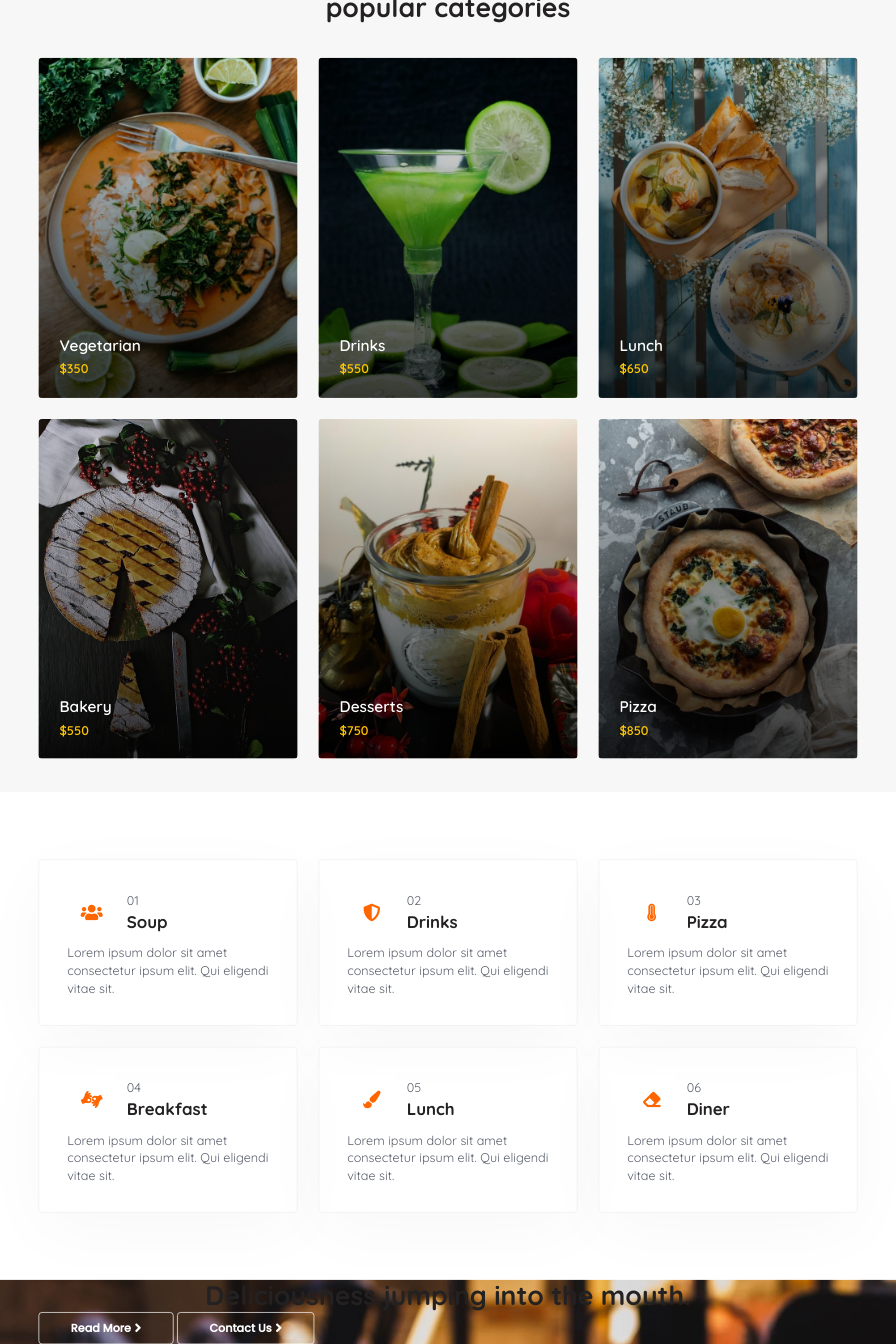
Repository: baobaodeveloper/bootscap21_project_AnhBao_VietToan_VietDuc
Page: index.html
An editor plug-in stored every save of this project. The page is shown before and after the next save, followed by the edit.
The browser window is 1280 px wide. The pictures show the part of the page from y = 1669 to 3589 px (the page is 3589 px tall), at 70% of full size.
Backgrounds fixed to the window are drawn as part of the page.

Above is the page before, as saved 2022-03-04 08:45:17.

### index.html
<!DOCTYPE html>
<html lang="en">
  <head>
    <meta charset="UTF-8" />
    <meta http-equiv="X-UA-Compatible" content="IE=edge" />
    <meta name="viewport" content="width=device-width, initial-scale=1.0" />

    <!-- fontawesome link cdn -->
    <link
      rel="stylesheet"
      href="https://cdnjs.cloudflare.com/ajax/libs/font-awesome/5.15.4/css/all.min.css"
      integrity="sha512-1ycn6IcaQQ40/MKBW2W4Rhis/DbILU74C1vSrLJxCq57o941Ym01SwNsOMqvEBFlcgUa6xLiPY/NS5R+E6ztJQ=="
      crossorigin="anonymous"
      referrerpolicy="no-referrer"
    />

    <!-- font -->
    <link rel="preconnect" href="https://fonts.googleapis.com" />
    <link rel="preconnect" href="https://fonts.gstatic.com" crossorigin />
    <link
      href="https://fonts.googleapis.com/css2?family=Pacifico&family=Poppins:wght@300;400;500&family=Quicksand:wght@300;400;500;600;700&display=swap"
      rel="stylesheet"
    />

    <link rel="stylesheet" href="style.css" />
    <title>Diner</title>
  </head>
  <body>
    <header class="header">
      <div class="header__wrapper container">
        <div class="header__top">
          <a class="header__logo" href="#">Diner</a>

          <div class="header__navbar">
            <form class="navbar__search">
              <input type="search" placeholder="Search here..." id="search" />
              <label for="search" class="fas fa-search"></label>
            </form>

            <div class="mode__container">
              <i class="fas fa-sun" id="dark"></i>
              <i class="fas fa-moon" id="light"></i>
            </div>

            <div class="fa fa-bars" id="menu-button"></div>
          </div>

          <nav class="navbar__list">
            <i class="fas fa-times" id="close-button"></i>
            <a href="#">home</a>
            <a href="#">about</a>
            <a href="#">services</a>
            <a href="#">blogs</a>
            <a href="#">404</a>
            <a href="#">landing page</a>
            <a href="#">contact</a>
            <a href="#">shot codes</a>
            <a href="#">email</a>
          </nav>
        </div>

        <div class="header__content">
          <h2>the only thing we love more than food is you!</h2>
          <p>
            Lorem ipsum dolor sit amet consectetur ipsum elit. Qui eligendi
            vitae sit.Ea ipsum sed consequuntur illum facere.
          </p>
          <a href="#" class="btn"
            >read more <i class="fas fa-angle-right"></i
          ></a>
        </div>
      </div>
    </header>

    <section class="about container pad-med">
      <div class="heading">
        <span>about us</span>
        <h3>We found our creative space that is open for you.</h3>
      </div>

      <div class="text">
        <p>
          Lorem ipsum viverra feugiat. Pellen tesque libero ut justo, ultrices
          in ligula. Semper at tempufddfel. Lorem ipsum dolor sit amet elit. Non
          quae, fugiat nihil ad. Lorem ipsum dolor sit amet. Lorem ipsum init
          dolor sit, amet elit. Dolor ipsum non velit, culpa!Lorem ipsum init
          dolor sit.
        </p>

        <p>
          Lorem ipsum viverra feugiat. Pellen tesque libero ut justo, ultrices
          in ligula. Semper at tempufddfel. Lorem ipsum dolor sit amet elit. Non
          quae, fugiat nihil ad. Lorem ipsum dolor sit amet.
        </p>
      </div>
    </section>

    <section class="restaurant">
      <div class="restaurant__img">
        <img src="./image/banner3.jpg" alt="#" />
      </div>

      <div class="restaurant__content">
        <div class="heading">
          <span>more than 3000 restaurant</span>
          <h3>Book a table easly at the best price</h3>
        </div>

        <div class="text">
          <p>
            Vestibulum ante ipsum primis in faucibus orci luctus turpis sodales
            quis. Integer sit amet mattis quam.Vivamus a ligula quam tesque et
            libero ut justo ultrices in.
          </p>
        </div>

        <div class="restaurant__best">
          <div class="best__item">
            <i class="fas fa-thumbs-up"></i>
            <h4>best deals</h4>
            <p class="text">
              Lorem ipsum viverra feugiat. Pellen tesque libero justo.
            </p>
          </div>

          <div class="best__item">
            <i class="fas fa-utensils"></i>
            <h4>best food</h4>
            <p class="text">
              Lorem ipsum viverra feugiat. Pellen tesque libero justo.
            </p>
          </div>
        </div>
      </div>
    </section>

    <section class="categories-wrapper">
      <div class="categories container pad-med">
        <div class="heading text-align pad-med">
          <span>what's new</span>
          <h3>popular categories</h3>
        </div>

        <div class="categories__list">
          <div class="categories__item">
            <div class="categories__img">
              <img src="./image/g1.jpg" alt="" />
            </div>
            <div class="categories__info">
              <span class="categories__name"> vegetarian </span>
              <span class="categories__price"> $350 </span>
            </div>
          </div>

          <div class="categories__item">
            <div class="categories__img">
              <img src="./image/g2.jpg" alt="" />
            </div>
            <div class="categories__info">
              <span class="categories__name"> drinks </span>
              <span class="categories__price"> $550 </span>
            </div>
          </div>

          <div class="categories__item">
            <div class="categories__img">
              <img src="./image/g3.jpg" alt="" />
            </div>
            <div class="categories__info">
              <span class="categories__name"> lunch </span>
              <span class="categories__price"> $650 </span>
            </div>
          </div>

          <div class="categories__item">
            <div class="categories__img">
              <img src="./image/g4.jpg" alt="" />
            </div>
            <div class="categories__info">
              <span class="categories__name"> bakery </span>
              <span class="categories__price"> $550 </span>
            </div>
          </div>

          <div class="categories__item">
            <div class="categories__img">
              <img src="./image/g5.jpg" alt="" />
            </div>
            <div class="categories__info">
              <span class="categories__name"> desserts </span>
              <span class="categories__price"> $750 </span>
            </div>
          </div>

          <div class="categories__item">
            <div class="categories__img">
              <img src="./image/g6.jpg" alt="" />
            </div>
            <div class="categories__info">
              <span class="categories__name"> pizza </span>
              <span class="categories__price"> $850 </span>
            </div>
          </div>
        </div>
      </div>
    </section>

    <section class="menu container pad-med">
      <div class="menu_list pad-med">
        <div class="menu__item">
          <div class="menu__header">
            <i class="fas fa-users"></i>
            <div class="menu__info">
              <span class="menu__number">01</span>
              <span class="menu__name">soup</span>
            </div>
          </div>

          <p class="menu__content">
            Lorem ipsum dolor sit amet consectetur ipsum elit. Qui eligendi
            vitae sit.
          </p>
        </div>

        <div class="menu__item">
          <div class="menu__header">
            <i class="fas fa-shield-alt"></i>
            <div class="menu__info">
              <span class="menu__number">02</span>
              <span class="menu__name">drinks</span>
            </div>
          </div>

          <p class="menu__content">
            Lorem ipsum dolor sit amet consectetur ipsum elit. Qui eligendi
            vitae sit.
          </p>
        </div>

        <div class="menu__item">
          <div class="menu__header">
            <i class="fas fa-thermometer-full"></i>
            <div class="menu__info">
              <span class="menu__number">03</span>
              <span class="menu__name">pizza</span>
            </div>
          </div>

          <p class="menu__content">
            Lorem ipsum dolor sit amet consectetur ipsum elit. Qui eligendi
            vitae sit.
          </p>
        </div>

        <div class="menu__item">
          <div class="menu__header">
            <i class="fas fa-american-sign-language-interpreting"></i>
            <div class="menu__info">
              <span class="menu__number">04</span>
              <span class="menu__name">breakfast</span>
            </div>
          </div>

          <p class="menu__content">
            Lorem ipsum dolor sit amet consectetur ipsum elit. Qui eligendi
            vitae sit.
          </p>
        </div>

        <div class="menu__item">
          <div class="menu__header">
            <i class="fas fa-paint-brush"></i>
            <div class="menu__info">
              <span class="menu__number">05</span>
              <span class="menu__name">lunch</span>
            </div>
          </div>

          <p class="menu__content">
            Lorem ipsum dolor sit amet consectetur ipsum elit. Qui eligendi
            vitae sit.
          </p>
        </div>

        <div class="menu__item">
          <div class="menu__header">
            <i class="fas fa-eraser"></i>
            <div class="menu__info">
              <span class="menu__number">06</span>
              <span class="menu__name">diner</span>
            </div>
          </div>

          <p class="text">
            Lorem ipsum dolor sit amet consectetur ipsum elit. Qui eligendi
            vitae sit.
          </p>
        </div>
      </div>
    </section>

    <section class="delicious">
      <div class="delicious-wrapper container">
        <div class="heading text-align">
          <h3>Deliciousness jumping into the mouth.</h3>
        </div>

        <div class="delicious__btn">
          <a href="#" class="btn"
            >read more <i class="fas fa-angle-right"></i
          ></a>
          <a href="#" class="btn"
            >contact us <i class="fas fa-angle-right"></i
          ></a>
        </div>
      </div>
    </section>

    <script src="app.js"></script>
  </body>
</html>

### style.css
* {
  padding: 0;
  margin: 0;
  box-sizing: border-box;
}

:root {
  --primary-font: "Quicksand", sans-serif;
  --secondary-font: "Pacifico", cursive;
  --third-font: "Poppins", sans-serif;
  --primary-color: #ff6600;
  --title-color: #232121;
  --white-color: #fff;
  --text-color: #161c2db3;
  --price-color: #ffc600;
}

img {
  display: block;
  max-width: 100%;
}

button,
input {
  display: inline-block;
  border: none;

  font-family: var(--primary-font);
  font-size: 1.6rem;

  outline: none;
}

a {
  display: inline-block;
  text-decoration: none;
}

html {
  font-size: 62.5%;
}

.container {
  max-width: 1200px;
  margin: 0 auto;
  padding: 0 1.5rem;
}

body {
  color: var(--title-color);

  font-family: var(--primary-font);
  font-size: 1.8rem;
  line-height: 1.2;
}

.pad-med {
  padding-top: 4.8rem;
  padding-bottom: 4.8rem;
}

.text-align {
  text-align: center;
}

.heading span {
  margin-bottom: 0.5rem;

  color: var(--primary-color);

  font-family: var(--secondary-font);
  font-size: 2rem;
  text-transform: capitalize;
}

.heading h3 {
  font-size: 3.8rem;
}

.text {
  color: var(--text-color);

  font-size: 1.8rem;
  line-height: 1.4;
}

.text p {
  margin: 2rem 0;
}

.btn {
  display: inline-flex;
  align-items: center;
  padding: 1.2rem 4.5rem;
  border-radius: 0.5rem;
  border: 1.5px solid var(--white-color);

  color: var(--white-color);
  background-color: transparent;

  font-family: var(--third-font);
  font-size: 1.6rem;
  text-transform: capitalize;
  font-weight: bold;

  transition: 0.4s linear;
}

.btn i {
  display: inline-block;
  margin-left: 0.5rem;

  font-size: 2rem;
}

.btn:hover {
  background-color: var(--white-color);
  color: var(--primary-color);
}

/* header section starts */
#dark {
  display: none;
}

.header {
  background-image: linear-gradient(to right, #ff6600, hsl(30deg 100% 1% / 20%)),
    url(./image/banner1.jpg);

  background-size: cover;
  background-repeat: no-repeat;
  background-attachment: fixed;

  min-height: 70vh;
}

.header__top {
  display: flex;
  justify-content: space-between;
  padding-top: 4rem;
  padding-bottom: 2rem;
}

.header__logo {
  color: var(--white-color);

  font-size: 3.3rem;
  font-weight: bold;
}

.navbar__search {
  position: relative;
}

.navbar__search input {
  padding: 1rem 5rem 1rem 2rem;

  border-radius: 0.5rem;

  color: var(--text-color);
}

.navbar__search label {
  position: absolute;
  top: 50%;
  right: 2.5rem;

  transform: translate(50%, -50%);

  font-size: 1.5rem;

  cursor: pointer;
}

.header__navbar {
  display: flex;
  justify-content: space-between;
  align-items: center;
  gap: 2rem;
}

.mode__container,
#menu-button {
  color: var(--white-color);

  cursor: pointer;
}

.mode__container {
  font-size: 2.4rem;
}

#menu-button {
  font-size: 3.1rem;
}

.header__content {
  max-width: 60rem;
  margin-top: 10rem;

  color: var(--white-color);
}

.header__content h2 {
  font-size: 5.4rem;

  text-transform: capitalize;
}

.header__content p {
  margin: 2.4rem 0 4.8rem;

  font-size: 1.6rem;
  line-height: 1.6;
}

.navbar__list {
  position: fixed;
  top: 0;
  left: 0;
  width: 100vw;
  height: 100vh;
  z-index: 20;

  display: flex;
  flex-direction: column;
  align-items: center;
  justify-content: center;

  visibility: hidden;
  opacity: 0;
  transform: scale(0.9);

  background-color: rgb(6 3 0 / 77%);

  transition: transform 0.3s, opacity 0.9s, visibility 0s 0.4s;
}

.navbar__list.active {
  visibility: visible;
  opacity: 1;
  transform: scale(1);

  transition: transform 0.4s, opacity 0.4s;
}

.navbar__list a {
  margin: 1.5rem 0;

  color: var(--white-color);

  text-transform: capitalize;
  font-family: var(--third-font);
  font-size: 2rem;
  font-weight: 600;

  transition: 0.2s linear;
}

.navbar__list a:hover {
  color: var(--primary-color);
}

#close-button {
  position: absolute;
  top: 3rem;
  right: 3rem;
  z-index: 25;

  width: 3.5rem;
  height: 3.5rem;
  border-radius: 0.5rem;

  color: var(--white-color);
  background-color: var(--primary-color);

  line-height: 3.5rem;
  text-align: center;
  font-size: 1.6rem;

  cursor: pointer;
}

/* header section ends */

/* about section starts */
.about {
  display: flex;
  gap: 6rem;
  flex-wrap: wrap;
}

.about .heading {
  width: calc(40% - 3rem);
}

.about .text {
  width: calc(60% - 3rem);
}

/* about section ends */

/* restaurant section starts */
.restaurant {
  display: flex;
  justify-content: space-between;
  flex-wrap: wrap;
}

.restaurant__img {
  position: relative;

  width: 50%;
}
.restaurant__img::before {
  content: "";
  position: absolute;
  width: 100%;
  height: 100%;
  top: 0;
  left: 0;
  z-index: 4;

  background-color: rgb(16 15 19 / 46%);
}

.restaurant__img img {
  width: 100%;
  height: 100%;
  object-fit: cover;
}

.restaurant__content {
  padding: 10rem 8rem;
  width: 50%;

  background-color: var(--primary-color);
}

.restaurant__content .heading span {
  color: var(--white-color);
}

.restaurant__content .text {
  color: #ffdfc9;
}

.restaurant__best {
  margin-top: 3rem;
  display: flex;
  justify-content: space-between;
  gap: 2rem;
}

.best__item {
  width: 50%;
}
.best__item i {
  display: inline-block;
  width: 7rem;
  height: 7rem;
  border-radius: 0.5rem;

  color: var(--primary-color);
  background-color: var(--white-color);

  line-height: 7rem;
  text-align: center;
  font-size: 2.5rem;
}

.best__item h4 {
  margin: 1.5rem 0;

  text-transform: capitalize;
  font-family: var(--third-font);
  font-size: 2rem;
}
/* restaurant section ends */

/* categories section starts */
.categories-wrapper {
  background-color: #f7f7f7;
}

.categories__list {
  display: grid;
  grid-template-columns: repeat(auto-fill, minmax(30rem, 1fr));
  grid-gap: 3rem;
}

.categories__img {
  width: 100%;
}

.categories__item {
  position: relative;

  border-radius: 0.5rem;
  overflow: hidden;
}

.categories__item::before {
  content: "";
  position: absolute;
  inset: 0;
  z-index: 1;
  background: linear-gradient(
    to bottom,
    rgba(0, 0, 0, 0) 0,
    rgba(0, 0, 0, 0.53) 69%,
    rgba(0, 0, 0, 0.76) 100%
  );
}

.categories__info {
  position: absolute;
  bottom: 3rem;
  left: 3rem;
  z-index: 3;
}

.categories__name {
  display: block;
  margin-bottom: 1rem;

  color: var(--white-color);

  text-transform: capitalize;
  font-size: 2.2rem;
  font-weight: 600;
}

.categories__price {
  color: var(--price-color);

  font-size: 1.8rem;
  font-weight: 600;
}

.categories__img img {
  width: 100%;
  height: 100%;
  object-fit: cover;

  transition: 0.3s linear;
}

.categories__item:hover img {
  opacity: 0.8;
}
/* categories section ends */

/* menu section starts */
.menu_list {
  display: grid;
  grid-template-columns: repeat(auto-fill, minmax(30rem, 1fr));
  grid-gap: 3rem;
}

.menu__item {
  border: 1px solid #eee;
  border-radius: 0.5rem;
  padding: 4rem;

  box-shadow: 0 25px 98px 0 rgb(0 0 0 / 3%);

  transition: 0.3s linear;
}

.menu__header {
  display: flex;
  gap: 1.5rem;
  align-items: center;
  margin-bottom: 1rem;
}

.menu__number {
  display: block;
  margin-bottom: 0.5rem;

  color: var(--text-color);
}

.menu__name {
  font-size: 2.4rem;
  font-weight: bold;
  text-transform: capitalize;

  transition: 0.3s linear;

  cursor: pointer;
}

.menu__name:hover {
  color: var(--primary-color);
}

.menu__header i {
  display: flex;
  justify-content: center;
  align-items: center;
  width: 7rem;
  height: 7rem;
  border-radius: 0.5rem;

  color: var(--primary-color);
  background-color: var(--white-color);

  font-size: 2.5rem;

  transition: 0.3s linear;
}

.menu__item:hover .menu__header i {
  background-color: var(--primary-color);
  color: var(--white-color);
}

.menu__item:hover {
  box-shadow: 0 25px 98px 0 rgb(0 0 0 / 10%);
}

.menu__item p {
  color: var(--text-color);

  line-height: 1.4;
}
/* menu section ends */

/* delicious section starts */
.delicious {
  background-image: url(./image/banner3.jpg);
}
/* delicious section ends */

/* media query */
@media screen and (max-width: 1200px) {
  .restaurant__img,
  .restaurant__content {
    width: 100%;
  }

  .restaurant__content {
    text-align: center;
  }

  .best__item {
    display: flex;
    flex-direction: column;
    justify-content: center;
    align-items: center;
  }

  .categories__list {
    grid-gap: 1.5rem;
  }
}

@media screen and (max-width: 991px) {
  .header {
    background-position: center;

    min-height: 60vh;
  }

  .about {
    gap: 0rem;
  }

  .about .heading {
    text-align: center;
  }

  .about .heading,
  .about .text {
    width: 100%;
  }

  .categories__item {
    max-height: 50rem;
  }
}

@media screen and (max-width: 767px) {
  html {
    font-size: 55%;
  }

  .header {
    min-height: 50vh;
  }

  .restaurant__content {
    padding: 3rem 2rem;
  }

  .categories.pad-med {
    padding-top: 1rem;
  }
}

### app.js
const menuBtn = document.getElementById("menu-button");
const navList = document.querySelector(".navbar__list");
const closBtn = document.getElementById("close-button");
menuBtn.addEventListener("click", () => {
  navList.classList.add("active");
});

closBtn.addEventListener("click", () => {
  navList.classList.remove("active");
});

After the next save:
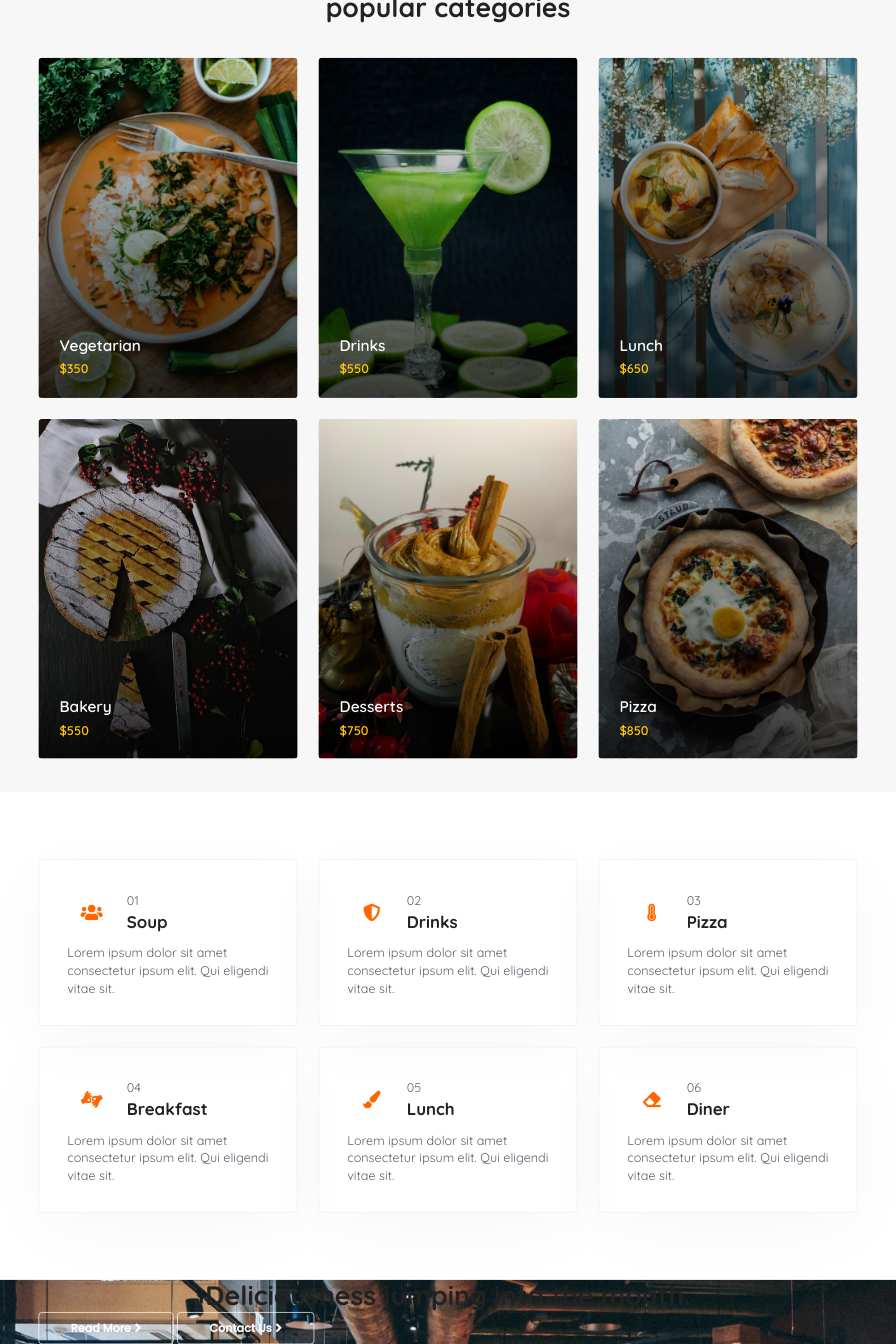
Saved 31 s later.
--- a/style.css
+++ b/style.css
@@ -530,7 +530,7 @@ body {
 
 /* delicious section starts */
 .delicious {
-  background-image: url(./image/banner3.jpg);
+  background-image: url(./image/banner2.jpg);
 }
 /* delicious section ends */
 
